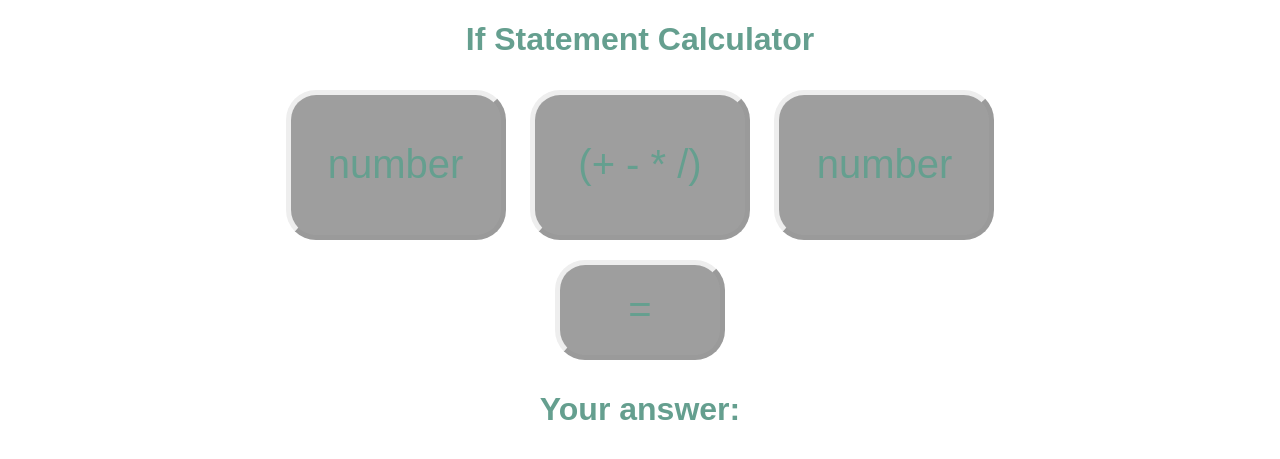
Repository: WesleyErasmus/threeInputCalculator
Page: html/if-calculator.html
The author's editor kept a copy of each file at every save. The page is drawn from the files as they stood at one save, then again after the next save.
The browser window is 1280 px wide. The pictures show the whole page.

Above is the page before, as saved 2022-04-27 22:41:33.

After the next save:
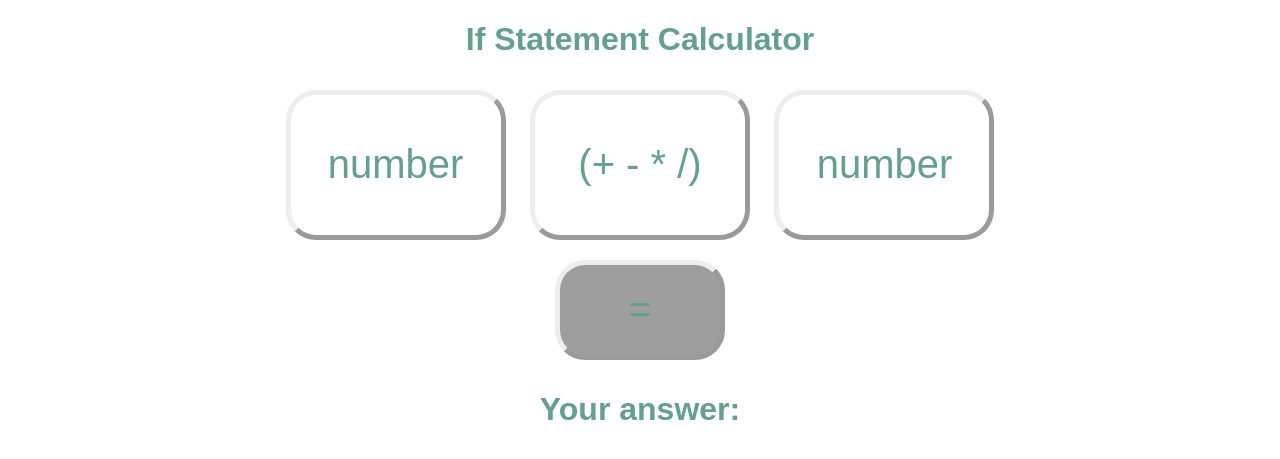
Saved 13 s later.
--- a/css/stylesheet.css
+++ b/css/stylesheet.css
@@ -9,7 +9,7 @@ display: block;
 margin: 0 auto;
 }
 input {
-    background-color: #9e9e9e;
+    /* background-color: #9e9e9e; */
     width: 170px;
     height: 100px;
     padding: 20px;
